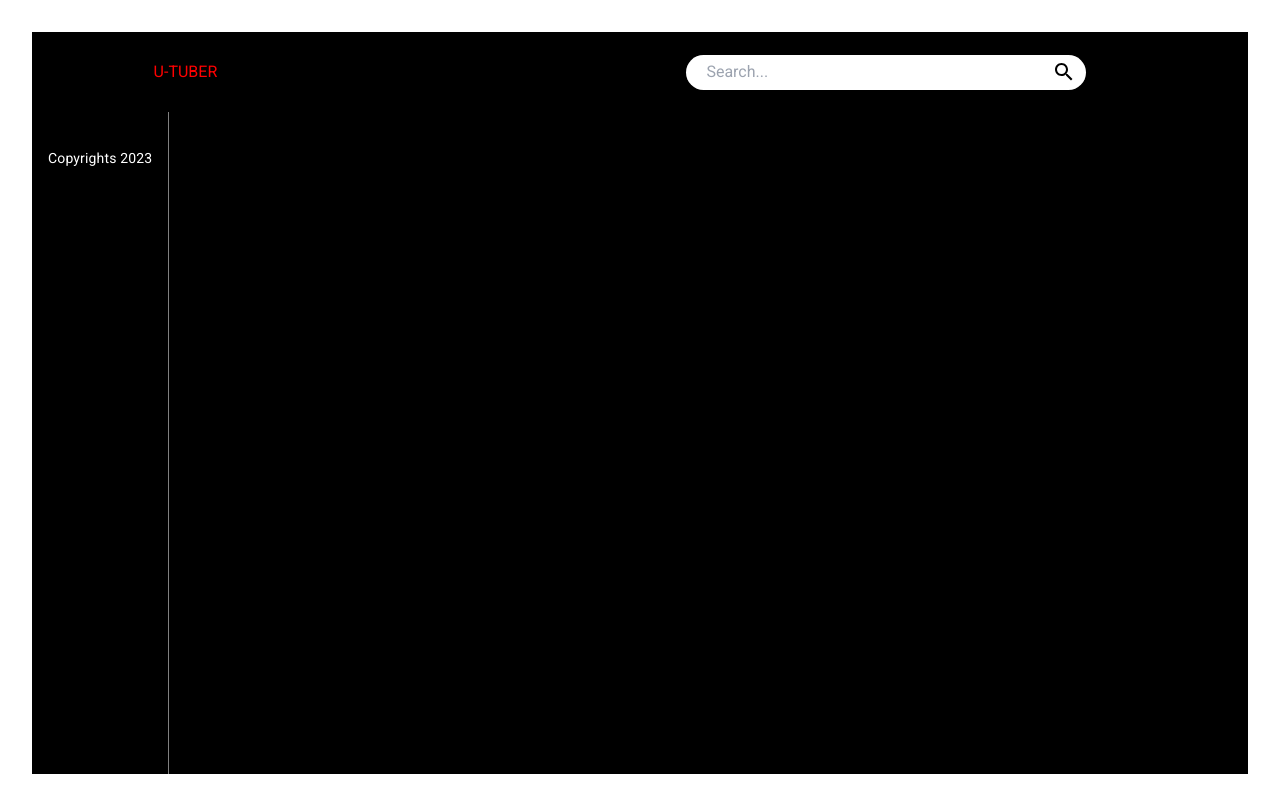
Repository: Nurlan-Bakenbaev/YoutubeClone
Page: /
The author's editor kept a copy of each file at every save. The page is drawn from the files as they stood at one save, then again after the next save.
The browser window is 1280 px wide. The pictures show the whole page.
The project was rebuilt for these pictures with package versions that can differ from the ones it lists, and the page was loaded fresh each time. Also part of the build but not shown: vite.config.js, src/components/VideoDetails.jsx, src/components/SearchFeed.jsx, src/components/ChannelDetails.jsx.

Above is the page before, as saved 2023-09-06 09:38:56.

### index.html
<!DOCTYPE html>
<html lang="en">
  <head>
    <link
      rel="stylesheet"
      href="https://fonts.googleapis.com/icon?family=Material+Icons"
    />
    <link rel="preconnect" href="https://fonts.googleapis.com" />
    <link rel="preconnect" href="https://fonts.gstatic.com" crossorigin />
    <link
      rel="stylesheet"
      href="https://fonts.googleapis.com/css2?family=Roboto:wght@300;400;500;600;700&display=swap"
    />

    <meta charset="UTF-8" />
    <link rel="icon" type="image/svg+xml" href="/vite.svg" />
    <meta name="viewport" content="width=device-width, initial-scale=1.0" />
    <title>Youtube Clone</title>
  </head>
  <body>
    <div id="root"></div>
    <script type="module" src="/src/main.jsx"></script>
  </body>
</html>

### src/App.jsx
import "./App.css";
import { BrowserRouter, Routes, Route } from "react-router-dom";
import { Box } from "@mui/material";
import Navbar from './components/Navbar'
import Feed from './components/Feed'
import VideoDetails from './components/VideoDetails'
import SearchFeed from './components/SearchFeed'
import ChannelDetails from './components/ChannelDetails'


const App = () => (
  <BrowserRouter>
    <Box sx={{ backgroundColor: "#000" }}>
      <Navbar/>
      <Routes>
        <Route path="/" element={<Feed />} />
        <Route path="/video:id" element={<VideoDetails />} />
        <Route path="/channel:id" element={<ChannelDetails />} />
        <Route path="/search/:searchTerm" element={<SearchFeed />} />
      </Routes>
    </Box>
  </BrowserRouter>
);

export default App;

### src/index.css
@import "tailwindcss/base";
@import "tailwindcss/components";
@import "tailwindcss/utilities";


body {
  font-family: "Roboto", sans-serif;
  margin: 0;
  padding: 0;
  box-sizing: border-box;
}
a{
  color:inherit;
  text-decoration: none;
}

### src/components/Navbar.jsx
import { Stack } from "@mui/material";
import { Link } from "react-router-dom";
import SearchBar from "./SearchBar";

const Navbar = () => {
  return (
    <Stack
      direction="row"
      alignItems="center"
      sx={{
        position: "sticky",
        background: "black",
        top: "0",
        justifyContent: "space-between",
        height: "80px",
        margin:'0 auto',
        width:'80%'
      }}
    >
      <Stack
        sx={{
          display: "flex",
          flexDirection: "row",
          alignItems: "center",
          color: "red",
        }}
      >
        <Link className="uppercase" to={"/"}>
          U-tuber
        </Link>
      </Stack>
      <SearchBar />
    </Stack>
  );
};

export default Navbar;

### src/components/Feed.jsx
import React, { useState, useEffect } from "react";
import { Box, Stack, Typography } from "@mui/material";

const Feed = () => {
  return (
    <Stack sx={{ flexDirection: { sx: "column", md: "row" } }}>
      <Box
        sx={{
          height: { sx: "auto", md: "92vh" },
          borderRight: "1px solid gray",
          px: { sx: 0, md: 2 },
        }}
      >
        SideBar
        <Typography
          className="copyright"
          variant="body2"
          sx={{ mt: 1.5, color: "white" }}
        >
          {" "}
          Copyrights 2023
        </Typography>
      </Box>
    </Stack>
  );
};

export default Feed;

### src/components/SearchBar.jsx
import React from "react";
import { useState } from "react";
import { useNavigate } from "react-router-dom";
import { Paper, IconButton } from "@mui/material";
import SearchIcon from "@mui/icons-material/Search";
const SearchBar = () => {
  return (
    <Paper
      component="form"
      onSubmit={() => {}}
      sx={{
        borderRadius: "20px",
        pl: 2,
        boxShadow: "none",
        display: "flex",
        alignItems: "center",
        width: "400px",
        height: "35px",
        mr: { sm: 5 },
      }}
    >
      <input
        className="flex-1 p-1 outline-none"
        placeholder="Search..."
        type="text"
        onChange={() => {}}/>
      <IconButton type="submit" sx={{ p: "10px", color: "black" }}>
        <SearchIcon />
      </IconButton>
    </Paper>
  );
};

export default SearchBar;

Loaded but not shown: src/main.jsx (common file); src/App.css (common file); tailwind.config.js (common file)

After the next save:
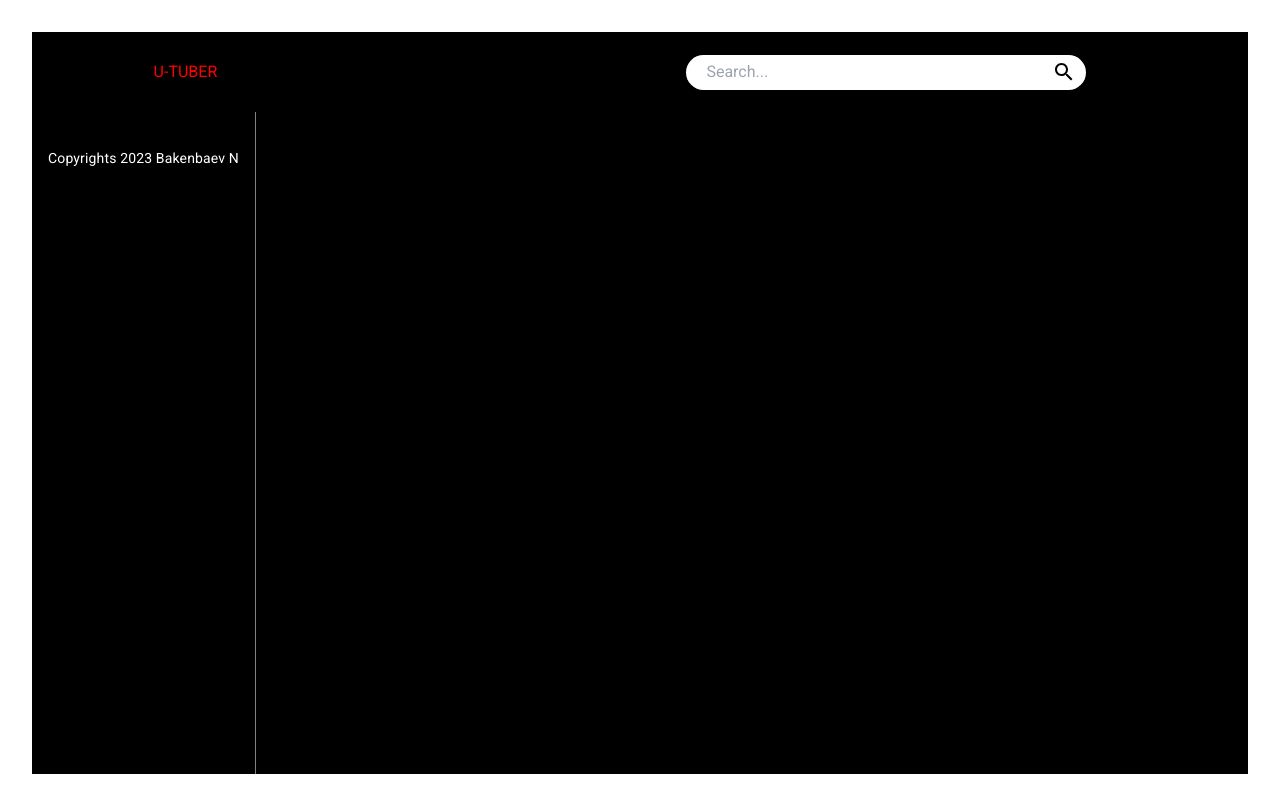
Saved 5 s later.
--- a/src/components/Feed.jsx
+++ b/src/components/Feed.jsx
@@ -18,7 +18,7 @@ const Feed = () => {
           sx={{ mt: 1.5, color: "white" }}
         >
           {" "}
-          Copyrights 2023
+          Copyrights 2023 Bakenbaev N
         </Typography>
       </Box>
     </Stack>
